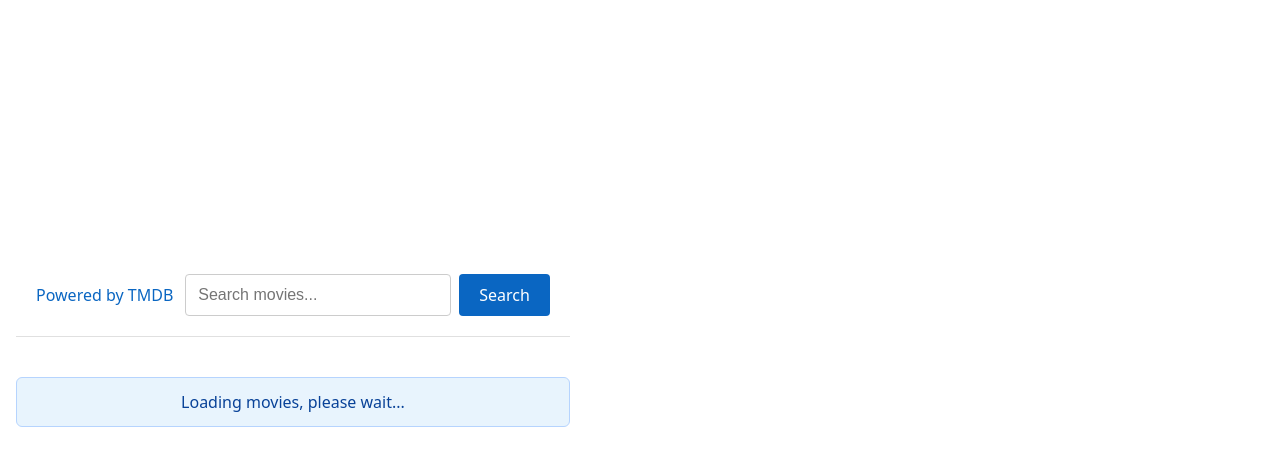
Repository: SvitSh/03-react-movies
Page: /
These files come from the project's save history. The page is drawn as it stood at one moment and after the next save; the edit follows.
The browser window is 1280 px wide. The pictures show the whole page.
The page's requests for data from a server got no answer. The project was rebuilt for these pictures with package versions that can differ from the ones it lists, and the page was loaded fresh each time. No one was signed in, and anything a server would have sent is missing. Also part of the build but not shown: vite.config.ts, src/components/MovieGrid/MovieGrid.module.css, src/components/MovieGrid/MovieGrid.tsx, src/components/MovieModal/MovieModal.module.css, src/components/MovieModal/MovieModal.tsx, src/components/ErrorMessage/ErrorMessage.module.css, src/components/ErrorMessage/ErrorMessage.tsx.

Above is the page before, as saved 2025-07-25 15:30:45.

After the next save:
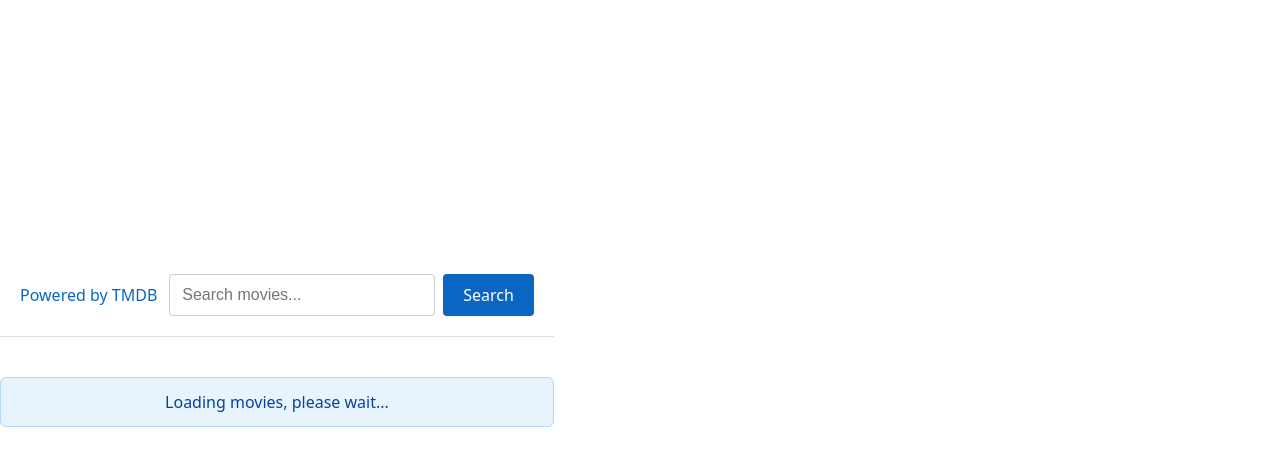
Saved 4 min 28 s later.
--- a/src/components/App/App.module.css
+++ b/src/components/App/App.module.css
@@ -1,10 +1,26 @@
-.app {
-  padding: 16px;
+.pagination {
+  display: flex;
+  list-style: none;
+  justify-content: center;
+  padding: 20px 0;
+  gap: 10px;
+  flex-wrap: wrap;
 }
 
-.header {
-  display: flex;
-  justify-content: space-between;
-  align-items: center;
-  margin-bottom: 16px;
+.pagination li {
+  border: 1px solid #ccc;
+  padding: 6px 10px;
+  border-radius: 8px;
+  cursor: pointer;
+  transition: background-color 0.3s ease;
 }
+
+.pagination li:hover {
+  background-color: #f0f0f0;
+}
+
+.active {
+  background-color: #007bff;
+  color: white;
+  font-weight: bold;
+}
